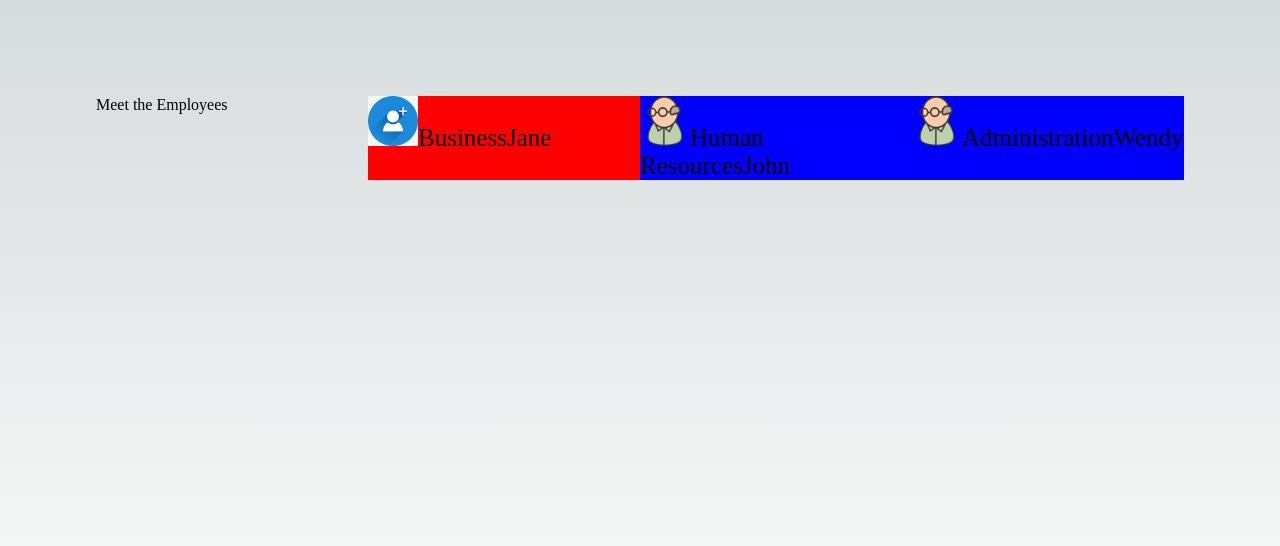
Repository: cheungglenda/MDIA2109-Week3
Page: /about
An editor plug-in stored every save of this project. The page is shown before and after the next save, followed by the edit.
The browser window is 1280 px wide. The pictures show the whole page.
The project was rebuilt for these pictures with package versions that can differ from the ones it lists, and the page was loaded fresh each time. The framework's server and built-in components were replaced by stand-ins that run in the browser. Also part of the build but not shown: next.config.js.

Above is the page before, as saved 2023-01-19 17:21:50.

After the next save:
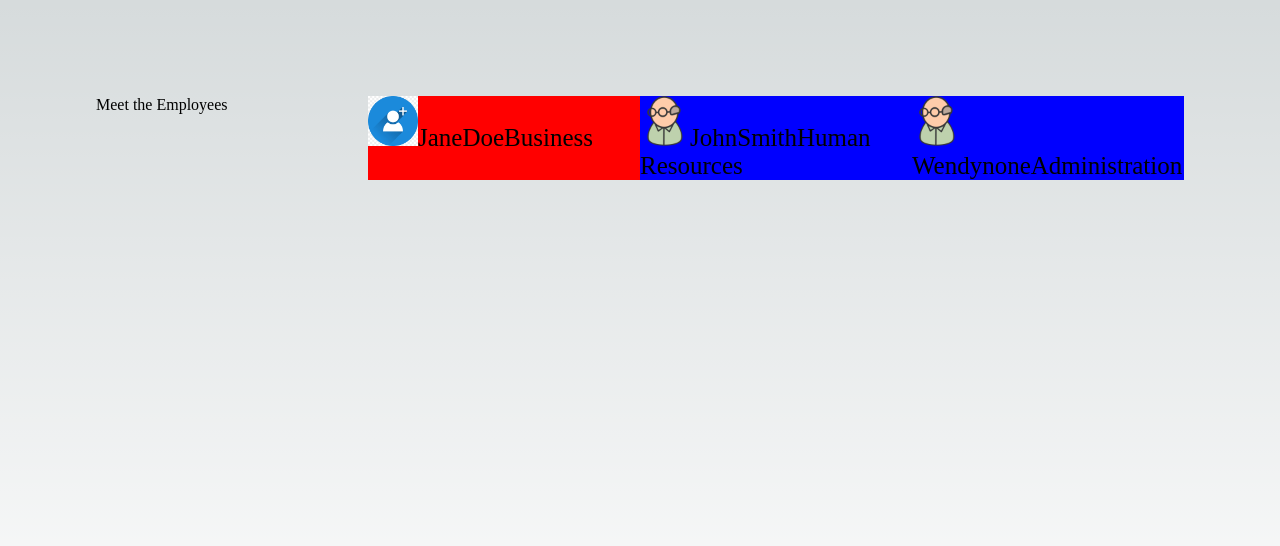
Saved 42 s later.
--- a/components/EmployeeCard/index.js
+++ b/components/EmployeeCard/index.js
@@ -15,8 +15,9 @@ export default function EmployeeCard({
                 color === "blue" ? <img src={'icon/personThree.png'} width="50"/> :
                 <img src={image} width="50"/>
             }
+            {firstname}
+            {lastname}
             {department}
-            {firstname}
         </div>
     )
 }
